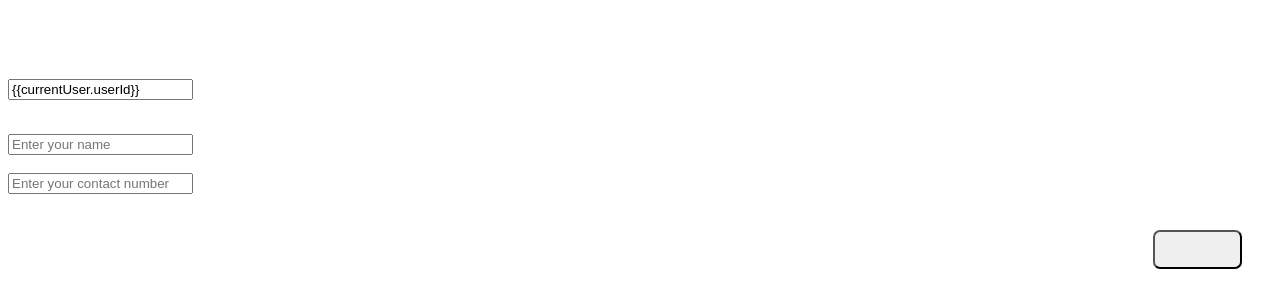
Repository: shailaja1601/collaborative_project
Page: CollabarationFrontEnd/WebContent/user/my_profile.html
An editor plug-in stored every save of this project. The page is shown before and after the next save, followed by the edit.
The browser window is 1280 px wide. The pictures show the whole page.

Above is the page before, as saved 2017-02-03 11:28:17.

After the next save:
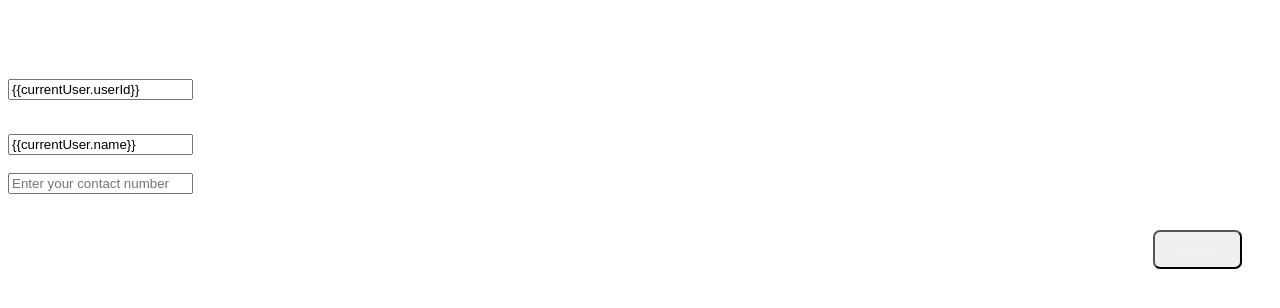
Saved 31 s later.
--- a/CollabarationFrontEnd/WebContent/user/my_profile.html
+++ b/CollabarationFrontEnd/WebContent/user/my_profile.html
@@ -63,8 +63,8 @@ background-color:rgba(255,255,255,0.1);
 
 							<div class="form-group col-md-12">
 								<label class="col-sm-2 control-lable" for="name">Name</label>
-								<div class="col-md-10">   <!-- value= {{currentUser.name}}  -->
-									<input type="text"  data-ng-bind="ctrl.user.name" data-ng-model="ctrl.user.name" id="name"
+								<div class="col-md-10">  <!-- data-ng-bind="ctrl.user.name" -->
+									<input type="text"  value= {{currentUser.name}}  data-ng-model="ctrl.user.name" id="name"
 										class="username form-control input-sm"
 										placeholder="Enter your name" required data-ng-minlength="3" />
 								</div>
